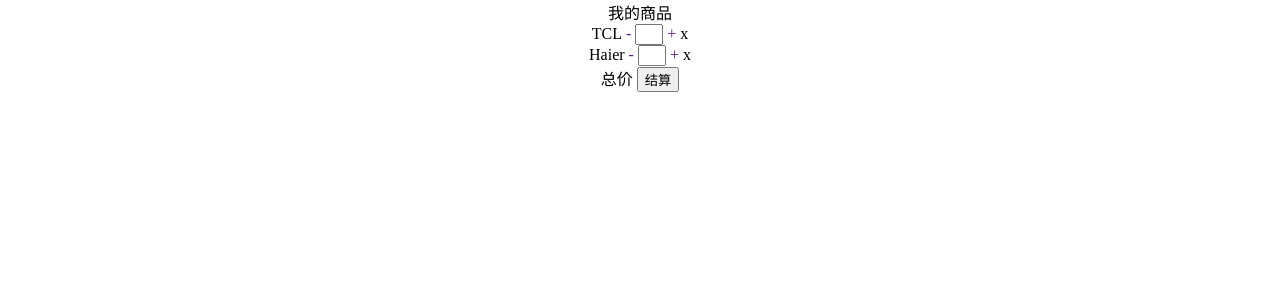
Repository: R1Deemo/Vue
Page: 10购物车.html
An editor plug-in stored every save of this project. The page is shown before and after the next save, followed by the edit.
The browser window is 1280 px wide. The pictures show the whole page.

Above is the page before, as saved 2022-11-14 15:13:17.

### 10购物车.html
<!DOCTYPE html>
<html lang="en">

<head>
    <meta charset="UTF-8">
    <meta http-equiv="X-UA-Compatible" content="IE=edge">
    <meta name="viewport" content="width=device-width, initial-scale=1.0">
    <title>Document</title>
    <link rel="stylesheet" href="/css/购物车.css">
</head>

<body>
    <div id="app">
        <div class="container">
            <my-cart></my-cart>
        </div>
    </div>
    <script src="https://cdn.jsdelivr.net/npm/vue/dist/vue.js"></script>
    <script>
        var CartTitle = {
            template: `<div class="title">我的商品</div>`
        }
        var CartList = {
            template: `
            <div>
                <div class='item'>
                    <div class="name">TCL</div>
                    <div class="change">
                        <a href="">-</a>
                        <input type='text' class='num'/>
                        <a href="">+</a>
                    </div>
                    <div class='del'>x</div>
                </div>
                <div class='item'>
                    <div class="name">Haier</div>
                    <div class="change">
                        <a href="">-</a>
                        <input type='text' class='num'/>
                        <a href="">+</a>
                    </div>
                    <div class='del'>x</div>
                </div>
            </div>`

        }
        var CartTotal = {
            template: ` <div class="total">
                    <span>总价</span>
                    <button>结算</button>
                </div>`
        }
        Vue.component('my-cart', {
            template: `
            <div  class="cart">
                <cart-title></cart-title>
                <cart-list></cart-list>
                <cart-total></cart-total></div>
            `,
            components: {
                'cart-title': CartTitle,
                'cart-list': CartList,
                'cart-total': CartTotal,

            }
        })
        var vm = new Vue({
            el: '#app',
            data: {

            }
        })
    </script>
</body>

</html>

### css/购物车.css
body,
html {
    margin: 0;
    padding: 0;
}

.container {
    margin: 0 auto;
    text-align: center;
}

.change {
    display: inline;
}

.del {
    display: inline;
}

a {
    text-decoration: none;
}

.num {
    width: 20px;
}

.name {
    display: inline;
}

After the next save:
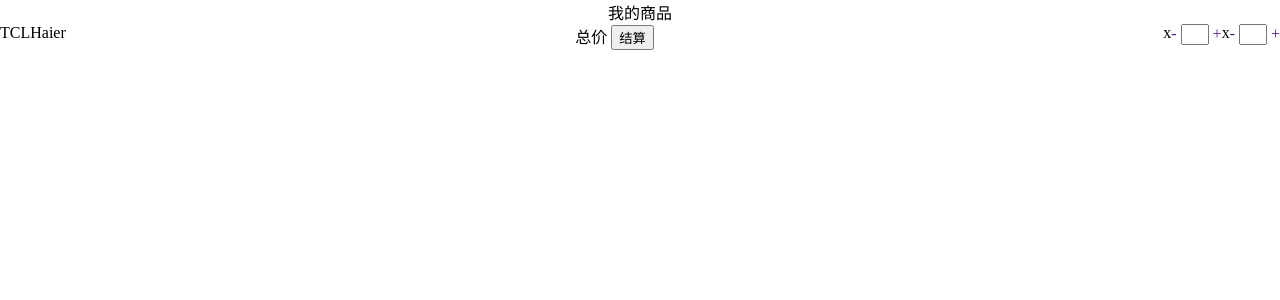
Saved 29 s later.
--- a/css/购物车.css
+++ b/css/购物车.css
@@ -10,11 +10,11 @@ html {
 }
 
 .change {
-    display: inline;
+    float: right;
 }
 
 .del {
-    display: inline;
+    float: right;
 }
 
 a {
@@ -26,5 +26,5 @@ a {
 }
 
 .name {
-    display: inline;
+    float: left;
 }
